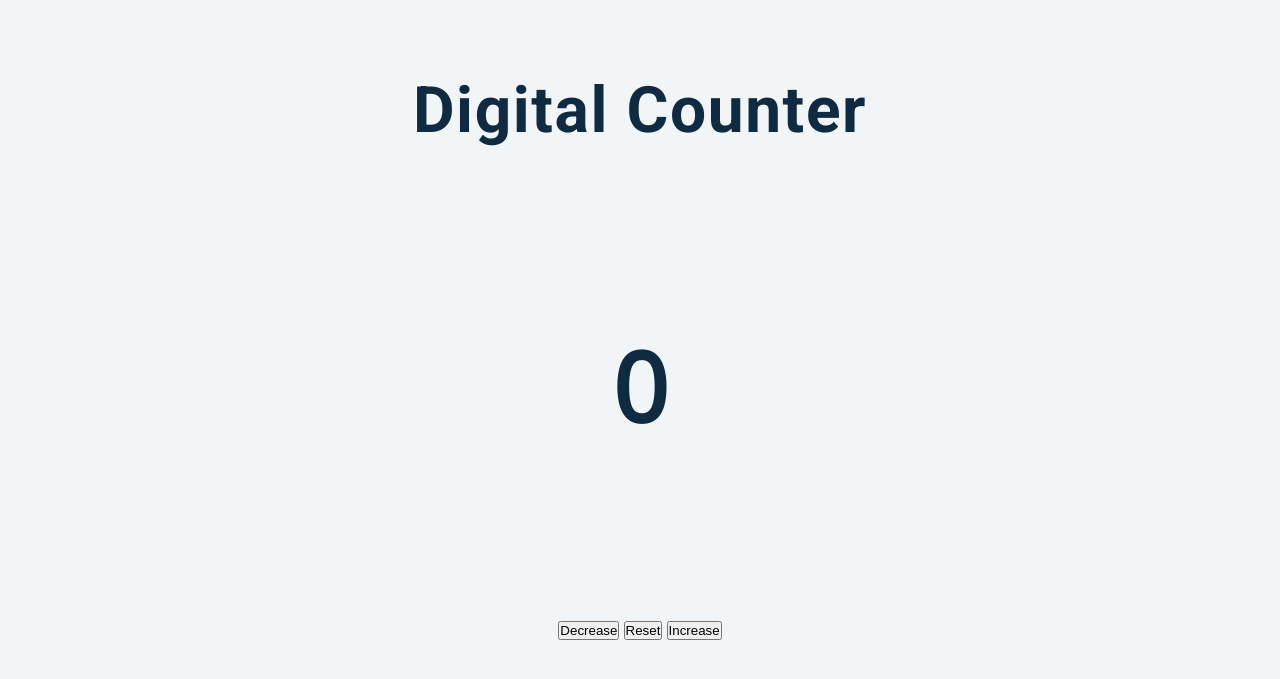
Repository: Kamrangujjar85112/Javascript-Vanilla-Projects
Page: setup/02-counter/setup/index.html
An editor plug-in stored every save of this project. The page is shown before and after the next save, followed by the edit.
The browser window is 1280 px wide. The pictures show the whole page.

Above is the page before, as saved 2022-01-23 23:17:00.

### setup/02-counter/setup/index.html
<!DOCTYPE html>
<html lang="en">
  <head>
    <meta charset="UTF-8" />
    <meta name="viewport" content="width=device-width, initial-scale=1.0" />
    <title>Counter</title>

    <!-- styles -->
    <link rel="stylesheet" href="styles.css" />
  </head>
  <body>
    <main>
      <h1>Digital Counter</h1>
      <span id="value">0</span>
      <div class="button-container">
        <button id="decrease">Decrease</button>
        <button id="reset">Reset</button>
        <button id="increase">Increase</button>
      </div>
    </main>
    <!-- javascript -->
    <script src="app.js"></script>
  </body>
</html>

### setup/02-counter/setup/styles.css
/*
===============
Fonts
===============
*/
@import url("https://fonts.googleapis.com/css?family=Open+Sans|Roboto:400,700&display=swap");

/*
===============
Variables
===============
*/

:root {
  /* dark shades of primary color*/
  --clr-primary-1: hsl(205, 86%, 17%);
  --clr-primary-2: hsl(205, 77%, 27%);
  --clr-primary-3: hsl(205, 72%, 37%);
  --clr-primary-4: hsl(205, 63%, 48%);
  /* primary/main color */
  --clr-primary-5: hsl(205, 78%, 60%);
  /* lighter shades of primary color */
  --clr-primary-6: hsl(205, 89%, 70%);
  --clr-primary-7: hsl(205, 90%, 76%);
  --clr-primary-8: hsl(205, 86%, 81%);
  --clr-primary-9: hsl(205, 90%, 88%);
  --clr-primary-10: hsl(205, 100%, 96%);
  /* darkest grey - used for headings */
  --clr-grey-1: hsl(209, 61%, 16%);
  --clr-grey-2: hsl(211, 39%, 23%);
  --clr-grey-3: hsl(209, 34%, 30%);
  --clr-grey-4: hsl(209, 28%, 39%);
  /* grey used for paragraphs */
  --clr-grey-5: hsl(210, 22%, 49%);
  --clr-grey-6: hsl(209, 23%, 60%);
  --clr-grey-7: hsl(211, 27%, 70%);
  --clr-grey-8: hsl(210, 31%, 80%);
  --clr-grey-9: hsl(212, 33%, 89%);
  --clr-grey-10: hsl(210, 36%, 96%);
  --clr-white: #fff;
  --clr-red-dark: hsl(360, 67%, 44%);
  --clr-red-light: hsl(360, 71%, 66%);
  --clr-green-dark: hsl(125, 67%, 44%);
  --clr-green-light: hsl(125, 71%, 66%);
  --clr-black: #222;
  --ff-primary: "Roboto", sans-serif;
  --ff-secondary: "Open Sans", sans-serif;
  --transition: all 0.3s linear;
  --spacing: 0.1rem;
  --radius: 0.25rem;
  --light-shadow: 0 5px 15px rgba(0, 0, 0, 0.1);
  --dark-shadow: 0 5px 15px rgba(0, 0, 0, 0.2);
  --max-width: 1170px;
  --fixed-width: 620px;
}
/*
===============
Global Styles
===============
*/

*,
::after,
::before {
  margin: 0;
  padding: 0;
  box-sizing: border-box;
}
body {
  font-family: var(--ff-secondary);
  background: var(--clr-grey-10);
  color: var(--clr-grey-1);
  line-height: 1.5;
  font-size: 0.875rem;
}
ul {
  list-style-type: none;
}
a {
  text-decoration: none;
}
h1,
h2,
h3,
h4 {
  letter-spacing: var(--spacing);
  text-transform: capitalize;
  line-height: 1.25;
  margin-bottom: 0.75rem;
  font-family: var(--ff-primary);
}
h1 {
  font-size: 3rem;
}
h2 {
  font-size: 2rem;
}
h3 {
  font-size: 1.25rem;
}
h4 {
  font-size: 0.875rem;
}
p {
  margin-bottom: 1.25rem;
  color: var(--clr-grey-5);
}
@media screen and (min-width: 800px) {
  h1 {
    font-size: 4rem;
  }
  h2 {
    font-size: 2.5rem;
  }
  h3 {
    font-size: 1.75rem;
  }
  h4 {
    font-size: 1rem;
  }
  body {
    font-size: 1rem;
  }
  h1,
  h2,
  h3,
  h4 {
    line-height: 1;
  }
}
/*  global classes */

/* section */
.section {
  padding: 5rem 0;
}

.section-center {
  width: 90vw;
  margin: 0 auto;
  max-width: 1170px;
}
@media screen and (min-width: 992px) {
  .section-center {
    width: 95vw;
  }
}
main {
  min-height: 100vh;
  display: grid;
  place-items: center;
}

/*
===============
Counter
===============
*/

main {
  min-height: 100vh;
  display: grid;
  place-items: center;
}
.container {
  text-align: center;
}
#value {
  font-size: 6rem;
  font-weight: bold;
}
.btn {
  text-transform: uppercase;
  background: transparent;
  color: var(--clr-black);
  padding: 0.375rem 0.75rem;
  letter-spacing: var(--spacing);
  display: inline-block;
  transition: var(--transition);
  font-size: 0.875rem;
  border: 2px solid var(--clr-black);
  cursor: pointer;
  box-shadow: 0 1px 3px rgba(0, 0, 0, 0.2);
  border-radius: var(--radius);
  margin: 0.5rem;
}
.btn:hover {
  color: var(--clr-white);
  background: var(--clr-black);
}

Loaded but not shown: setup/02-counter/setup/app.js (no copy from this time; the picture is the same without it)

After the next save:
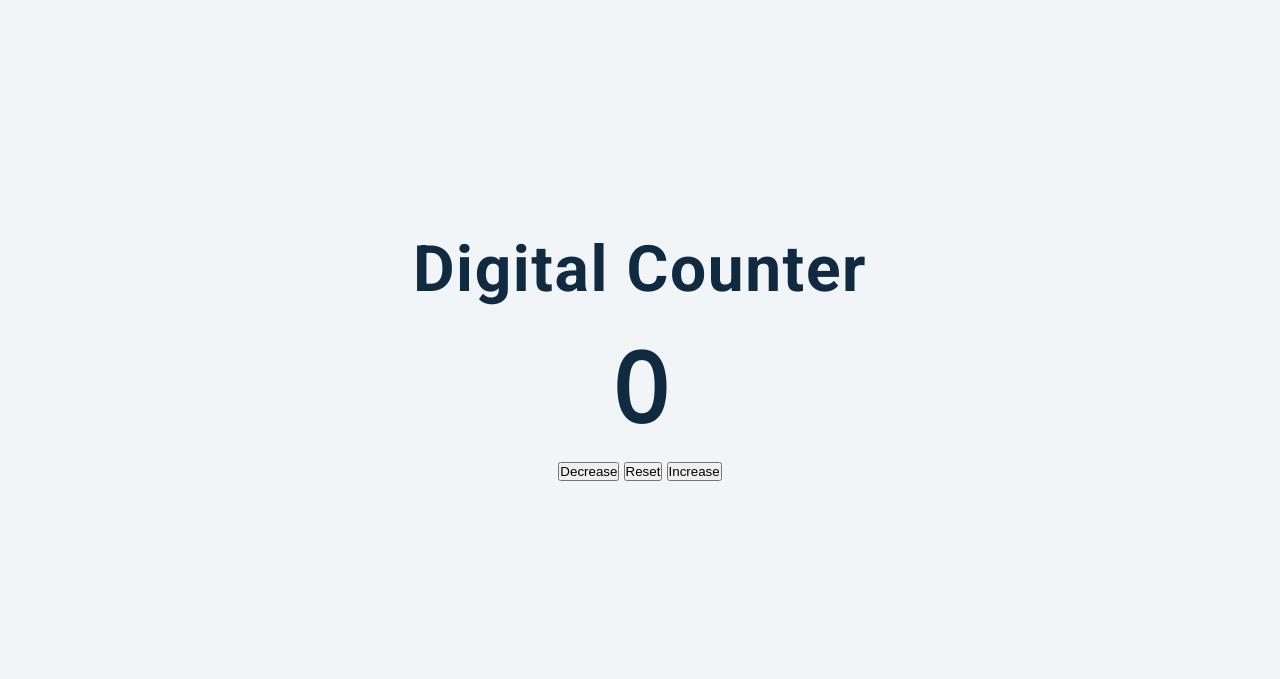
Saved 52 s later.
--- a/setup/02-counter/setup/index.html
+++ b/setup/02-counter/setup/index.html
@@ -10,13 +10,15 @@
   </head>
   <body>
     <main>
-      <h1>Digital Counter</h1>
+      <div class="container">
+        <h1>Digital Counter</h1>
       <span id="value">0</span>
       <div class="button-container">
         <button id="decrease">Decrease</button>
         <button id="reset">Reset</button>
         <button id="increase">Increase</button>
       </div>
+      </div>
     </main>
     <!-- javascript -->
     <script src="app.js"></script>
